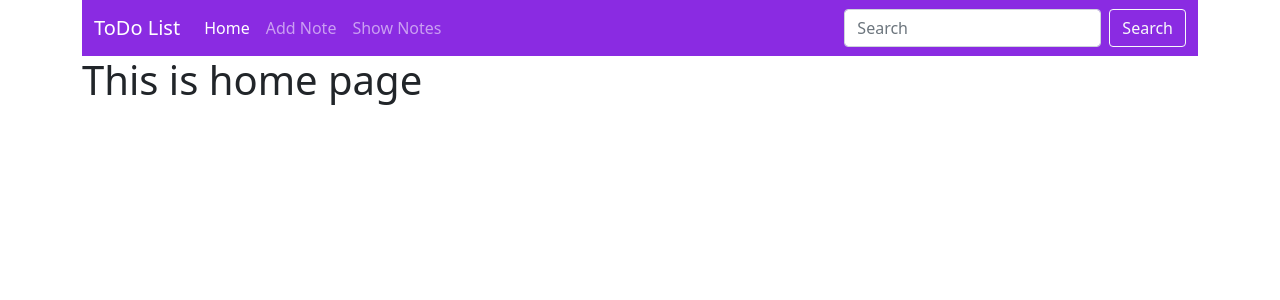
Repository: VishalSalvi17/Hibernate
Page: http://localhost/ToDoList/all_notes.jsp
The author's editor kept a copy of each file at every save. The page is drawn from the files as they stood at one save, then again after the next save.
The browser window is 1280 px wide. The pictures show the whole page.
The page is served by Tomcat 9.

Above is the page before, as saved 2023-03-16 11:32:49.

After the next save:
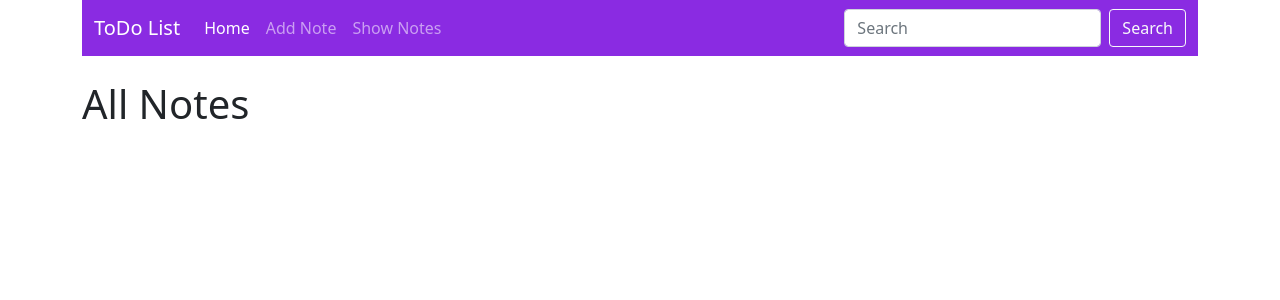
Saved 15 s later.
--- a/ToDoList/src/main/webapp/all_notes.jsp
+++ b/ToDoList/src/main/webapp/all_notes.jsp
@@ -10,7 +10,8 @@
 <body>
 	<div class="container">
 		<%@include file="navbar.jsp"%>
-		<h1>This is home page</h1>
+		<br>
+		<h1>All Notes</h1>
 	</div>
 </body>
 </html>
